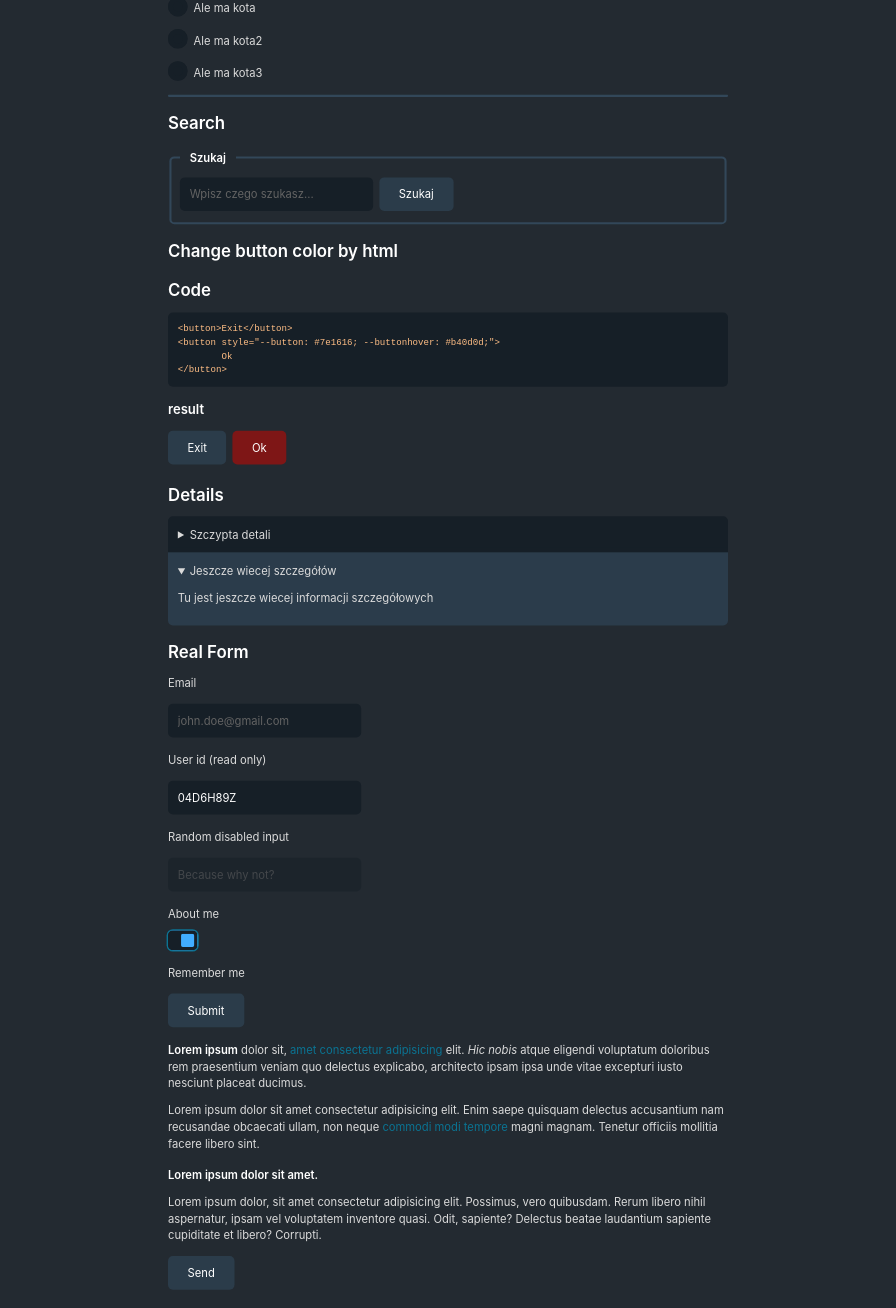
Repository: KozakBartosz/Draft
Page: index.html
These files come from the project's save history. The page is drawn as it stood at one moment and after a run of saves; the edit follows.
The browser window is 1280 px wide. The pictures show the part of the page from y = 2789 to 4709 px (the page is 4657 px tall before and 4709 px after), at 70% of full size.

Above is the page before, as saved 2019-04-12 09:10:10.

### index.html
<!DOCTYPE html>
<html lang="en">
	<head>
		<meta charset="UTF-8" />
		<meta name="viewport" content="width=device-width, initial-scale=1.0" />
		<meta http-equiv="X-UA-Compatible" content="ie=edge" />
		<title>Draft.css</title>
		<link rel="stylesheet" href="draft.css" />
	</head>
	<body>
		<h1><input type="checkbox" checked="checked" /> Draft.css</h1>
		<div style="float: right">
			Thema:
			<select name="" id="changethema">
				<option value="0">Defult</option>
				<option value="1">Defult mini</option>
				<option value="2">Light</option>
				<option value="3">Blood</option>
				<option value="4">Matrix</option>
			</select>
		</div>
		<h1>The most simple css framwork</h1>
		<h2>What is draft.css</h2>
		<p>
			Framwork is targeted at quickly creating prototypes of forms and
			simple template. Designed to written html code looked beautiful and
			did not require any class and non-standard elements.
		</p>
		<h2>How use</h2>
		<p>All you have to do is add this code to the head section:</p>

		<pre><code>&lt;link rel="stylesheet" href="https://kozakbartosz.pl/draft/def.css" /&gt;</code></pre>

		<h1>Examples:</h1>

		<h3>Code:</h3>

		<pre><code>&lt;label&gt;<br />&nbsp; &nbsp; Normal text: &lt;input type="text" placeholder="placeholder..." /&gt;<br />&lt;/label&gt;<br />&lt;label&gt;<br />&nbsp; &nbsp; Inpit number: &lt;input type="number" value="1"/&gt;<br />&lt;/label&gt;<br />Data:<br />&lt;p&gt;<br />&nbsp; &nbsp; &lt;input type="date" /&gt;<br />&nbsp; &nbsp; &lt;input type="time" /&gt;<br />&lt;/p&gt;<br />Commodi:<br />&lt;label&gt;<br />&nbsp; &nbsp; &lt;input type="checkbox" /&gt; facilis non?<br />&lt;/label&gt;</code></pre>
		<h3>Result:</h3>
		<label>
			Normal text
			<input type="text" placeholder="placeholder..." />
		</label>
		<label>
			Inpit number
			<input type="number" value="1" />
		</label>
		Data:
		<p>
			<input type="date" />
			<input type="time" />
		</p>
		Commodi:
		<label> <input type="checkbox" /> facilis non? </label>

		<hr />

		<h3>Code:</h3>
		<pre><code>// This logs a message to the console<br />console.log('Hello,world!')</code></pre>

		<h2>Forms</h2>

		<ul>
			<li>Lorem, ipsum dolor.</li>
			<li>Commodi, aut ipsa.</li>
			<li>Dignissimos, quibusdam nobis?</li>
			<li>Quae, in praesentium.</li>
			<li>Aut, facilis non?</li>
		</ul>
		<ol>
			<li>Lorem, ipsum dolor.</li>
			<li>Commodi, aut ipsa.</li>
			<li>Dignissimos, quibusdam nobis?</li>
			<li>Quae, in praesentium.</li>
			<li>Aut, facilis non?</li>
		</ol>
		<textarea
			name="about"
			id="about"
			placeholder="I am a textarea..."
			rows="6"
		></textarea>
		<h2>Lorem ipsum dolor sit amet.</h2>
		<label>
			Normal text
			<input type="text" />
		</label>
		<label>
			Inpit number <input type="number" / value="1">
		</label>
		Data:
		<p>
			<input type="date" />
			<input type="time" />
		</p>
		<label>
			Nazwa:
			<select name="" id="">
				<option value="">Wybierz</option>
				<option value="">jeden</option>
				<option value="">dwa</option>
				<option value="">trzy</option>
			</select>
		</label>

		<table>
			<tr>
				<th>lorem</th>
				<th>lorem</th>
				<th>lorem</th>
			</tr>
			<tr>
				<td>lorem</td>
				<td>lorem</td>
				<td>lorem</td>
			</tr>
			<tr>
				<td>lorem</td>
				<td>lorem</td>
				<td>lorem</td>
			</tr>
		</table>

		<h3>Checkbox</h3>
		<label> <input type="checkbox" /> Ale ma kota </label>

		<label> <input type="checkbox" /> Ale ma kota2 </label>

		<label> <input type="checkbox" /> Ale ma kota3 </label>

		<h3>Radio</h3>
		<label> <input type="radio" name="radio" /> Ale ma kota </label>
		<label> <input type="radio" name="radio" /> Ale ma kota2 </label>
		<label> <input type="radio" name="radio" /> Ale ma kota3 </label>

		<hr />

		<h2>Search</h2>

		<fieldset class="search">
			<legend>Szukaj</legend>
			<form action="produkty,szukaj" method="get">
				<input
					type="text"
					name="q"
					placeholder="Wpisz czego szukasz..."
				/>
				<button>Szukaj</button>
			</form>
		</fieldset>

		<h2>Change button color by html</h2>

		<h2>Code</h2>
		<pre><code>&lt;button&gt;Exit&lt;/button&gt;<br>&lt;button style="--button: #7e1616; --buttonhover: #b40d0d;"&gt;
	Ok<br>&lt;/button&gt;</code></pre>

		<h3>result</h3>
		<button>Exit</button>
		<button style="--button: #7e1616; --buttonhover: #b40d0d;">
			Ok
		</button>

		<h2>Details</h2>

		<details>
			<summary>Szczypta detali</summary>
			<p>Informacje szczegółowe na dany temat.</p>
		</details>

		<details open>
			<summary>Jeszcze wiecej szczegółów</summary>
			<p>Tu jest jeszcze wiecej informacji szczegółowych</p>
		</details>

		<h2>Real Form</h2>

		<form>
			<label for="email">Email</label>
			<input
				type="email"
				name="email"
				id="email"
				placeholder="john.doe@gmail.com"
			/>

			<label for="id">User id (read only)</label>
			<input readonly="" name="id" id="id" value="04D6H89Z" />

			<label for="disabled">Random disabled input</label>
			<input
				disabled=""
				name="disabled"
				id="disabled"
				placeholder="Because why not?"
			/>

			<label for="about">About me</label>

			<input type="checkbox" name="remember" id="remember" checked="" />
			<label for="remember">Remember me</label>

			<input type="submit" />
		</form>

		<p>
			<strong>Lorem ipsum</strong> dolor sit,
			<a href="">amet consectetur adipisicing</a> elit.
			<i>Hic nobis</i> atque eligendi voluptatum doloribus rem praesentium
			veniam quo delectus explicabo, architecto ipsam ipsa unde vitae
			excepturi iusto nesciunt placeat ducimus.
		</p>
		<p>
			Lorem ipsum dolor sit amet consectetur adipisicing elit. Enim saepe
			quisquam delectus accusantium nam recusandae obcaecati ullam, non
			neque <a href="">commodi modi tempore </a>magni magnam. Tenetur
			officiis mollitia facere libero sint.
		</p>
		<h4>Lorem ipsum dolor sit amet.</h4>
		<p>
			Lorem ipsum dolor, sit amet consectetur adipisicing elit. Possimus,
			vero quibusdam. Rerum libero nihil aspernatur, ipsam vel voluptatem
			inventore quasi. Odit, sapiente? Delectus beatae laudantium sapiente
			cupiditate et libero? Corrupti.
		</p>

		<button>Send</button>
		<script>
			var themes = [
				[
					{ brand: "#41adff" },
					{ mainbg: "#232a31" },
					{ mainpaddng: "14px" },
					{ radius: "7px" },

					{ low: "#161f27" },
					{ like: "#2b3c4b" },
					{ midi: "#324759" },
					{ hight: "#0b7392" },

					{ text: "#dbdbdb" },
					{ textContrast: "#fff" },

					{ code: "#ffbe85" },

					{ button: "#2b3c4a" },
					{ buttonhover: "#334a5e" },
					{ buttontext: "#fff" },

					{ fillhover: "#1b2731" }
				],
				[
					{ brand: "#41adff" },
					{ mainbg: "#232a31" },
					{ mainpaddng: "12px" },
					{ radius: "12px" },

					{ low: "#161f27" },
					{ like: "#2b3c4b" },
					{ midi: "#324759" },
					{ hight: "#0b7392" },

					{ text: "#dbdbdb" },
					{ textContrast: "#fff" },

					{ code: "#ffbe85" },

					{ button: "#2b3c4a" },
					{ buttonhover: "#334a5e" },
					{ buttontext: "#fff" },

					{ fillhover: "#1b2731" }
				],
				[
					{ brand: "#41adff" },
					{ mainbg: "#ffffff" },
					{ mainpaddng: "14px" },
					{ radius: "7px" },

					{ low: "#e8f1fa" },
					{ like: "#cfe2f7" },
					{ midi: "#b2cee7" },
					{ hight: "#1db5e4" },

					{ text: "#3f4646" },
					{ textContrast: "#1a1f1f" },

					{ code: "#20595f" },

					{ button: "#3dcca1" },
					{ buttonhover: "#34e0ad" },
					{ buttontext: "#fff" },

					{ fillhover: "#e8f5ff" }
				],
				[
					{ mainpaddng: "18px" },
					{ radius: "3px" },
					{ brand: "#c21a1a" },
					{ mainbg: "#312323" },

					{ code: "#ffbe85" },

					{ text: "#dbdbdb" },
					{ textContrast: "#fff" },

					{ button: "#4a2b2b" },
					{ buttonhover: "#5e3333" },
					{ buttontext: "#fff" },

					{ fillhover: "#311b1b" },

					{ low: "#271616" },
					{ like: "#4b2b2b" },
					{ midi: "#593232" },
					{ hight: "#800f0f" }
				],
				[
					{ mainpaddng: "11px" },
					{ radius: "13px" },
					{ brand: "#1ac260" },
					{ mainbg: "#233126" },

					{ code: "#c0ff85" },

					{ text: "#dbdbdb" },
					{ textContrast: "#fff" },

					{ button: "#324a2b" },
					{ buttonhover: "#385e33" },
					{ buttontext: "#fff" },

					{ fillhover: "#1b3122" },

					{ low: "#162717" },
					{ like: "#2b4b2e" },
					{ midi: "#32593f" },
					{ hight: "#0f803a" }
				]
			];

			let changethema = document.getElementById("changethema");
			let root = document.documentElement;
			changethema.addEventListener("change", e => {
				console.log(e);
				var theme = themes[e.target.value];
				theme.forEach(element => {
					var k = Object.keys(element)[0];
					root.style.setProperty("--" + k, element[k]);
				});
			});
		</script>
	</body>
</html>

### draft.css
/* TO DO */
/* <details> */
:root {
	--brand: #41adff;
	--mainbg: #232a31;
	--mainpaddng: 14px;
	--radius: 7px;

	--low: #161f27;
	--like: #2b3c4b;
	--midi: #324759;
	--hight: #0b7392;

	--text: #dbdbdb;
	--textContrast: #fff;

	--code: #ffbe85;

	--button: #2b3c4a;
	--buttonhover: #334a5e;
	--buttontext: #fff;

	--fillhover: #1b2731;
}
/*
:root {
	--brand: #41adff;
	--mainbg: #ffffff;
	--mainpaddng: 14px;
	--radius: 7px;

	--low: #e8f1fa;
	--like: #cfe2f7;
	--midi: #b2cee7;
	--hight: #1db5e4;

	--text: #3f4646;
	--textContrast: #1a1f1f;

	--code: #20595f;

	--button: #3dcca1;
	--buttonhover: #34e0ad;
	--buttontext: #fff;

	--fillhover: #e8f5ff;
} */

/* :root {
	--mainpaddng: 18px;
	--radius: 3px;
	--brand: #c21a1a;
	--mainbg: #312323;

	--code: #ffbe85;

	--text: #dbdbdb;
	--textContrast: #fff;

	--button: #4a2b2b;
	--buttonhover: #5e3333;
	--buttontext: #fff;

	--fillhover: #311b1b;

	--low: #271616;
	--like: #4b2b2b;
	--midi: #593232;
	--hight: #800f0f;
} */

/* :root {
	--mainpaddng: 11px;
	--radius: 13px;
	--brand: #1ac260;
	--mainbg: #233126;

	--code: #c0ff85;

	--text: #dbdbdb;
	--textContrast: #fff;

	--button: #324a2b;
	--buttonhover: #385e33;
	--buttontext: #fff;

	--fillhover: #1b3122;

	--low: #162717;
	--like: #2b4b2e;
	--midi: #32593f;
	--hight: #0f803a;
} */
body {
	font-family: -apple-system, BlinkMacSystemFont, "Segoe UI", "Roboto",
		"Oxygen", "Ubuntu", "Cantarell", "Fira Sans", "Droid Sans",
		"Helvetica Neue", sans-serif;
	line-height: 1.5;
	max-width: 800px;
	margin: 20px auto;
	padding: 0 var(--mainpaddng);
	color: var(--text);
	background: var(--mainbg);
	text-rendering: optimizeLegibility;
}

label {
	display: block;
}
a,
a:active,
button,
button:active,
input,
input:active,
textarea,
details,
summary,
th,
td {
	outline: none;
	box-shadow: none;
	transition: background-color 0.2s ease, box-shadow 0.2s ease,
		transform 0.2s ease;
}
h1 {
	font-size: 2.2em;
	margin-top: 0;
}
h1,
h2,
h3,
h4,
h5,
h6 {
	margin-bottom: 12px;
}
h1,
h2,
h3,
h4,
h5,
h6,
strong {
	color: var(--textContrast);
	font-weight: 600;
}
button,
input[type="submit"],
input[type="button"],
input[type="checkbox"],
input[type="radio"] {
	cursor: pointer;
	display: inline-block;
}

input,
select,
button,
textarea {
	/* display: block; */
	color: var(--textContrast);
	background-color: var(--low);
	font-family: inherit;
	font-size: inherit;
	margin: 4px 4px 6px 0;
	padding: var(--mainpaddng);
	border: none;
	border-radius: var(--radius);
	outline: none;
	-webkit-appearance: none;
	vertical-align: middle;
}
input[type="number"] {
	max-width: calc(var(--mainpaddng) * 5);
}

button:hover,
input:hover,
select:hover,
textarea:hover,
textarea:hover {
	background-color: var(--fillhover);
}

label > input,
label > select {
	display: block;
}

textarea {
	margin-right: 0;
	width: 100%;
	box-sizing: border-box;
	resize: vertical;
}
button,
input[type="submit"],
input[type="button"] {
	color: var(--buttontext);
	background-color: var(--button);
	padding: var(--mainpaddng) calc(var(--mainpaddng) * 2);
}

select {
	padding-right: calc(var(--mainpaddng) * 3);
	background: var(--low)
		url("data:[embedded picture, 198 characters]")
		100% 50%/27px 7px no-repeat;
}

input:focus,
select:focus,
button:focus,
textarea:focus {
	background-color: var(--fillhover);
	box-shadow: 0 0 0 2px var(--hight);
}

button:focus,
input[type="submit"]:focus,
input[type="button"]:focus {
	background-color: var(--buttonhover);
}

button:hover,
input[type="submit"]:hover,
input[type="button"]:hover {
	background-color: var(--buttonhover);
	box-shadow: 0 5px 20px -5px rgba(0, 0, 0, 0.35), 0 3px 0 0 var(--button);
	transform: translateY(-3px);
}
button:active {
	transform: translateY(0px);
	box-shadow: 0 5px 20px -5px rgba(0, 0, 0, 0.35);
}

input:disabled {
	cursor: not-allowed;
	opacity: 0.5;
}

input[type="radio"],
input[type="checkbox"] {
	margin-top: -2px;
	transition: background-color 0.25s ease,
		box-shadow 0.25s cubic-bezier(0.53, 1.59, 0.51, 1);
}
input[type="checkbox"] {
	background-color: var(--like);
	width: calc(var(--mainpaddng) * 3);
	box-shadow: calc(var(--mainpaddng) * -1) 0 0 calc(var(--mainpaddng) / 3)
			var(--low) inset,
		0 0 0 calc(var(--mainpaddng) / 3) var(--low) inset;
}
input[type="checkbox"]:hover,
input[type="radio"]:hover {
	background-color: var(--midi);
}
input[type="checkbox"]:focus {
	box-shadow: calc(var(--mainpaddng) * -1) 0 0 calc(var(--mainpaddng) / 3)
			var(--low) inset,
		0 0 0 calc(var(--mainpaddng) / 3) var(--low) inset,
		0 0 0 2px var(--hight);
}

input[type="radio"] {
	border-radius: 100%;
	box-shadow: 0 0 0 calc(var(--mainpaddng) / 2) var(--low) inset;
}
input[type="checkbox"]:checked,
input[type="radio"]:checked {
	box-shadow: 0 0 0 calc(var(--mainpaddng) / 3) var(--low) inset,
		0 0 0 2px var(--hight), 0 0 0 1px var(--low);
	background-color: var(--brand);
}

input[type="checkbox"]:checked {
	box-shadow: var(--mainpaddng) 0 0 calc(var(--mainpaddng) / 3) var(--low)
			inset,
		0 0 0 calc(var(--mainpaddng) / 3) var(--low) inset,
		0 0 0 2px var(--hight);
}

::placeholder {
	color: #636363;
}
a {
	text-decoration: none;
	color: var(--hight);
}
a:hover {
	text-decoration: underline;
	color: var(--brand);
}
ul,
ol,
label,
code,
p {
	margin: var(--mainpaddng) 0;
}

code,
kbd {
	background: var(--low);
	color: var(--code);
	padding: var(--mainpaddng);
	border-radius: var(--radius);
}
/* pre {
	margin: 0 calc(var(--mainpaddng) * -1);
} */
pre > code {
	display: block;
	overflow-x: auto;
}
img {
	max-width: 100%;
}
hr {
	margin: var(--mainpaddng) 0;
	border: none;
	height: 3px;
	border-radius: calc(var(--radius) / 6);
	background: var(--midi);
}
fieldset {
	border: 3px solid var(--midi);
	border-radius: var(--radius);
}
fieldset > legend {
	font-weight: 600;
	color: var(--textContrast);
	padding: calc(var(--mainpaddng) / 2) calc(var(--mainpaddng));
}

details {
	padding: var(--mainpaddng);
	border-radius: var(--radius);
	background: var(--low);
}
details + details {
	margin-top: calc(var(--radius) * -1);
	border-top: var(--radius) solid var(--low);
	border-radius: 0 0 var(--radius) var(--radius);
}
details[open],
details:hover:not([open]) {
	background: var(--like);
	z-index: 1;
}
details summary {
	cursor: pointer;
	margin: calc(var(--mainpaddng) * -1);
	padding: var(--mainpaddng);
}

table {
	/* border-collapse: collapse; */
	margin: var(--mainpaddng) -2px;
	border-radius: calc(var(--radius) + 4px);
	width: calc(100% + 4px);
	overflow: hidden;
	border-spacing: 2px;
}
td,
th {
	padding: var(--mainpaddng);
	background: var(--low);
}
th {
	color: var(--textContrast);
}
tr:hover td,
tr:hover th {
	background-color: var(--fillhover);
}

After the next 2 saves:
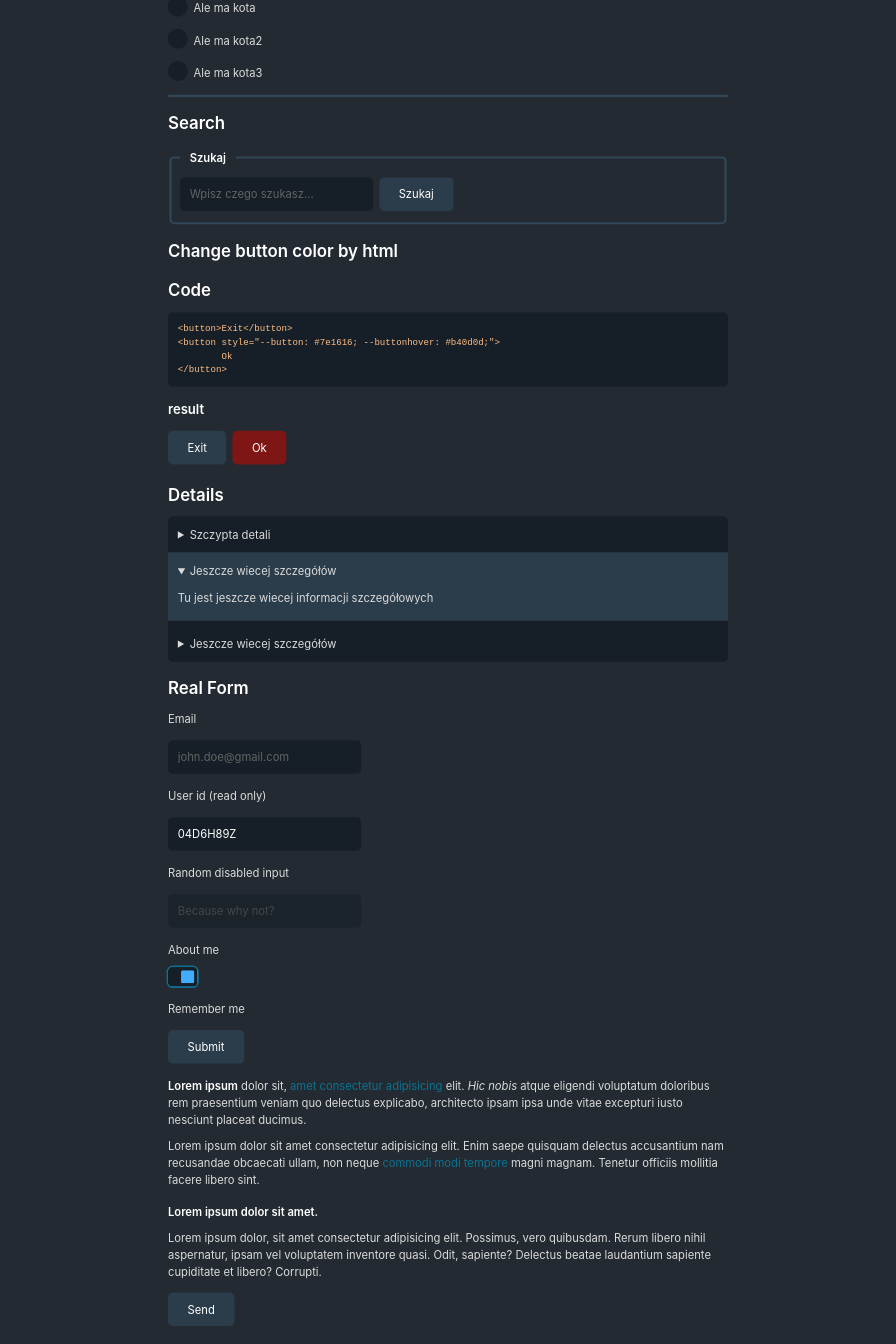
The 2 saves are shown as one change because they came seconds apart.
The last was saved 36 s later.
--- a/index.html
+++ b/index.html
@@ -173,6 +173,16 @@
 			<p>Tu jest jeszcze wiecej informacji szczegółowych</p>
 		</details>
 
+		<details>
+			<summary>Jeszcze wiecej szczegółów</summary>
+			<p>
+				Lorem ipsum dolor sit amet consectetur adipisicing elit. Minima
+				fugiat explicabo assumenda ducimus nobis aliquid esse, ad ab
+				sapiente officiis repellat et, nisi atque itaque autem ut
+				architecto tempore consequatur.
+			</p>
+		</details>
+
 		<h2>Real Form</h2>
 
 		<form>
